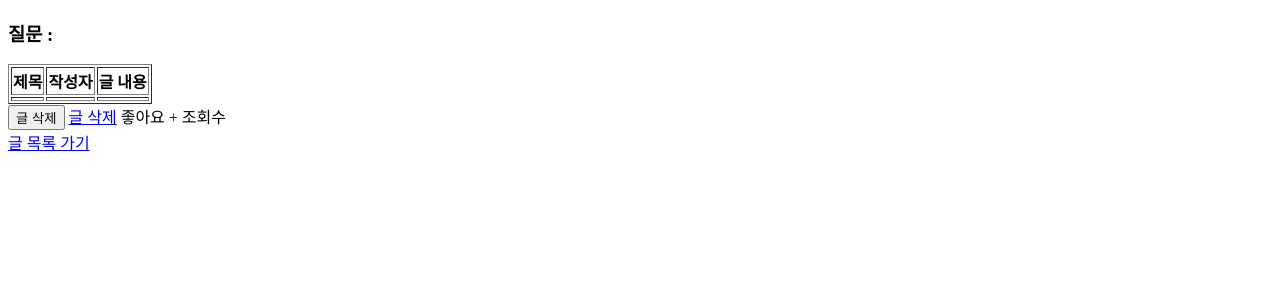
Repository: izuiw/team
Page: http://localhost/qCali/WEB-INF/views/admin/boarddetail.jsp
The author's editor kept a copy of each file at every save. The page is drawn from the files as they stood at one save, then again after the next save.
The browser window is 1280 px wide. The pictures show the whole page.
The page is served by Tomcat 9. Nobody is signed in. Other server files are loaded and not shown. The template is opened directly, without the code that normally fills it, so the values that code supplies are empty.

Above is the page before, as saved 2022-04-29 07:55:27.
Console error: SyntaxError: Unexpected token ';'

### qCali/src/main/webapp/WEB-INF/views/admin/boarddetail.jsp
<%@ page language="java" contentType="text/html; charset=UTF-8"
    pageEncoding="UTF-8"%>
<%@ taglib prefix="c" uri="http://java.sun.com/jsp/jstl/core"%>

<!DOCTYPE html>
<html>
<head>
<meta charset="UTF-8">
<title>게시물 디테일</title>
</head>
<script>
	function deleteConfirm(){
		if(!confirm("정말 삭제하시겠습니까?")){
			return false;
		}
		else{
			location.href="<c:url value='/admin/board/delete?boardSeq='/>"+${boards.boardSeq};
		}
	}
</script>
<body>
	<h3>질문 : ${boards. questionContent}</h3>
	<table border="1">
		<tr>
			<th>제목</th>
			<th>작성자</th>
			<th>글 내용</th>
		</tr>
		<tr>
			<td>${boards.boardTitle }</td>
			<td>${boards.memberNickname }</td>
			<td>${boards.boardContent }</td>
		</tr>
	</table>
		<button id="boardDelete" onclick="window:location='<c:url value='/admin/board/delete?boardSeq=${boards.boardSeq }'/>'">글 삭제</button>

		<a href="javascript:void(0);" class="btu btn-danger" onClick="deleteConfirm();">글 삭제</a>
		<label>좋아요  +${boards.boardLike }</label>
		<label>조회수 ${boards.boardCount }</label>

		<br><a href='<c:url value="/admin/board/list"/>'>글 목록 가기</a><br>


</body>
</html>

### qCali/src/main/webapp/WEB-INF/views/admin/main/adminHeader.jsp
<%@ page language="java" contentType="text/html; charset=UTF-8"
    pageEncoding="UTF-8"%>
 <%@ taglib prefix="c" uri="http://java.sun.com/jsp/jstl/core"%>

<!DOCTYPE html>
<html>
<head>
<meta charset="UTF-8">
<title>Insert title here</title>
<link href="https://cdn.jsdelivr.net/npm/bootstrap@5.1.3/dist/css/bootstrap.min.css" rel="stylesheet" integrity="sha384-1BmE4kWBq78iYhFldvKuhfTAU6auU8tT94WrHftjDbrCEXSU1oBoqyl2QvZ6jIW3" crossorigin="anonymous">

</head>
<body>

	<nav class="navbar navbar-expand-lg navbar-light bg-lights">
		<div class="container-fluid">
			<a class="navbar-brand"
				href="${pageContext.request.contextPath }/main">QCali : Admin</a>
			<button class="navbar-toggler" type="button"
				data-bs-toggle="collapse" data-bs-target="#navbarText"
				aria-controls="navbarText" aria-expanded="false"
				aria-label="Toggle navigation">
				<span class="navbar-toggler-icon"></span>
			</button>
			<div class="collapse navbar-collapse" id="navbarText">
				<ul class="navbar-nav me-auto mb-2 mb-lg-0">
					<li class="nav-item"><a class="nav-link" href="${pageContext.request.contextPath }/admin/board/list">게시물</a></li>
					<li class="nav-item"><a class="nav-link" href="${pageContext.request.contextPath }/admin/member/list">User</a></li>
					<li class="nav-item"><a class="nav-link" href="${pageContext.request.contextPath }/admin/uestion/list">질문 관리</a></li>
	        		<li class="nav-item"><a class="nav-link" href="${pageContext.request.contextPath }/notice/list">공지사항</a></li>
    			    <li class="nav-item"><a class="nav-link" href="${pageContext.request.contextPath }/qna/list">Q&A</a></li>
 			     </ul>
 			     <ul class="nav jsutify-content.end">
	   		  		<c:if test="${!empty adminAuthInfoCommand }">
	   		  			<span class="navbar-text">
	   		  				관리자 님
	   		  			</span>
  						<a class="nav-link" href="${pageContext.request.contextPath }/member/logout">로그아웃</a>
					</c:if>
 			     </ul>
   			 </div>
 		 </div>
	</nav>


<script src="https://cdn.jsdelivr.net/npm/bootstrap@5.1.3/dist/js/bootstrap.bundle.min.js" integrity="sha384-ka7Sk0Gln4gmtz2MlQnikT1wXgYsOg+OMhuP+IlRH9sENBO0LRn5q+8nbTov4+1p" crossorigin="anonymous"></script>


</body>
</html>

After the next save:
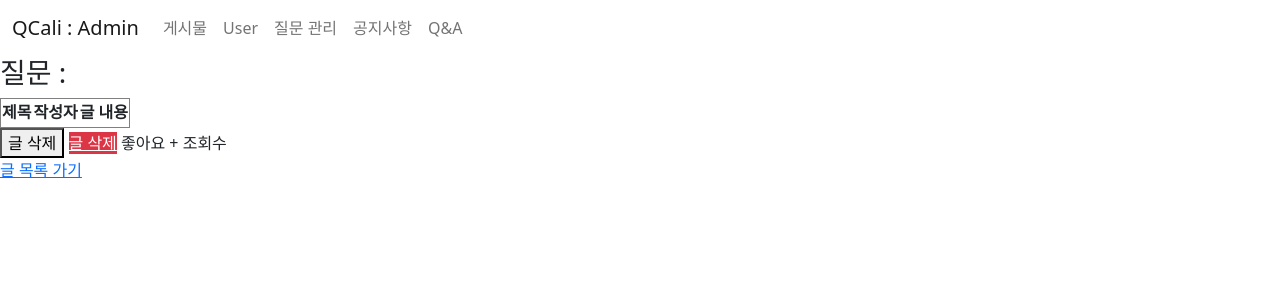
Saved 67 s later.
--- a/qCali/src/main/webapp/WEB-INF/views/admin/boarddetail.jsp
+++ b/qCali/src/main/webapp/WEB-INF/views/admin/boarddetail.jsp
@@ -19,6 +19,8 @@
 	}
 </script>
 <body>
+	<jsp:include page="/WEB-INF/views/admin/main/adminHeader.jsp"></jsp:include>
+
 	<h3>질문 : ${boards. questionContent}</h3>
 	<table border="1">
 		<tr>
